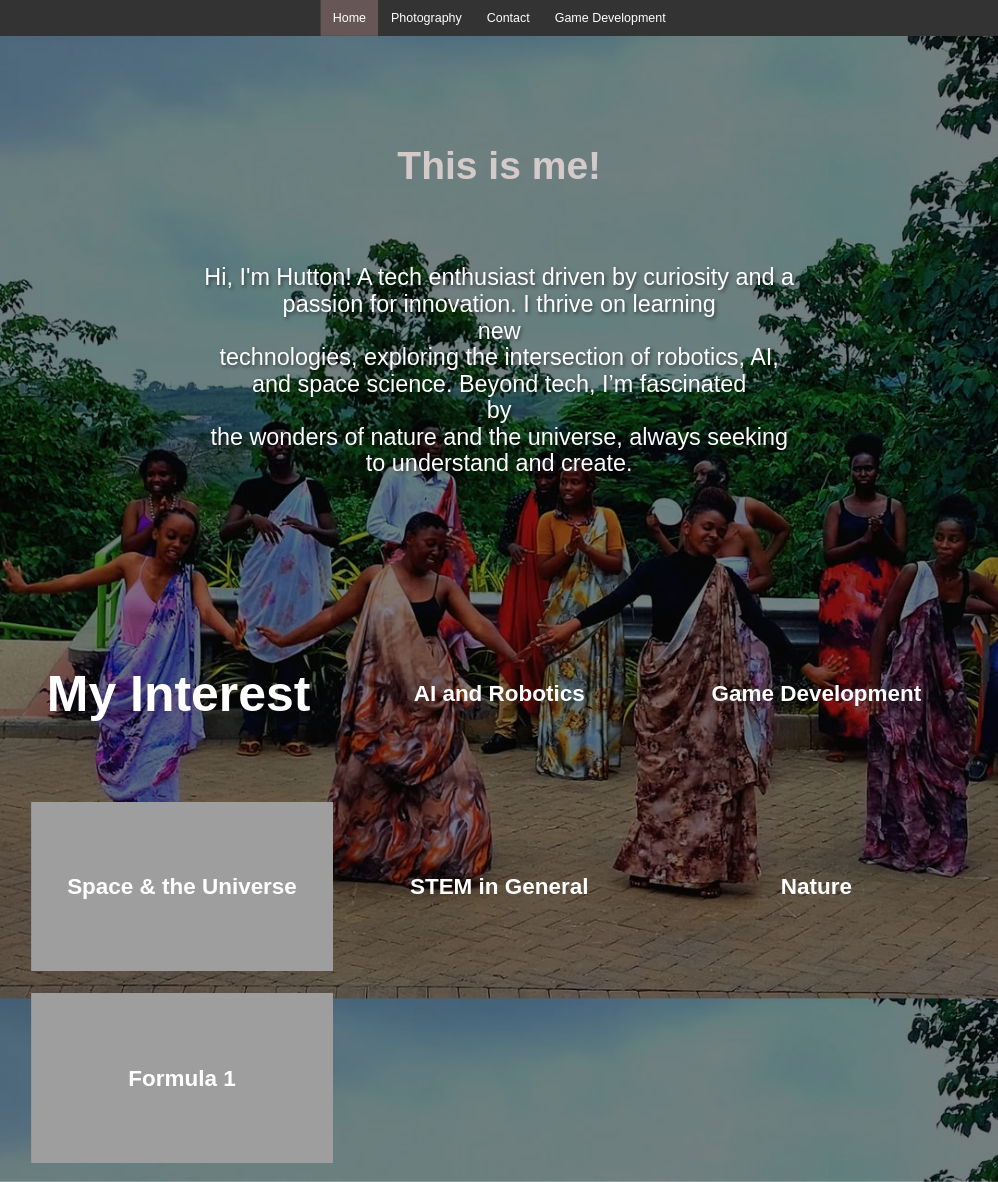
Repository: Argivist/ArgPortfolio
Page: index.html
These files come from the project's save history. The page is drawn as it stood at one moment and after the next save; the edit follows.
The browser window is 1280 px wide. The pictures show the whole page, at 78% of full size.
Pictures or frames that could not be fetched are drawn as grey boxes. Backgrounds fixed to the window are drawn as part of the page.

Above is the page before, as saved 2025-03-28 20:19:05.

### index.html
<!DOCTYPE html>
<html lang="en">

<head>
    <meta charset="UTF-8">
    <meta name="viewport" content="width=device-width, initial-scale=1.0">
    <link rel="stylesheet" href="css/styles.css">
    <link rel="stylesheet" href="css/nav.css">
    <link rel="stylesheet" href="css/home.css">

    <title>Hutton Amison-Addy</title>

    <style>
        body {
            background-color: #f0f0f0;
            font-family: 'Arial', sans-serif;
        }
    </style>
</head>

<body>
    <nav>
        <ul>
            <li class="nav-content active active-text"><a href="index.html">Home</a></li>
            <li class="nav-content"><a href="https://www.instagram.com/theworldinoneseye/">Photography</a></li>

            <li class="dropdown nav-content">
                <a href="contact.html">Contact</a>
                <ul class="dropdown-content">
                    <li><a href="https://www.linkedin.com/in/hutton-amison-addy-7b1b3b1b1/">LinkedIn</a></li>
                    <li><a href="https://www.github.com/Argivist">GitHub</a></li>
                    <li><a href="mailto:hutton.amison@ashesi.edu.gh">hutton.amison@ashesi.edu.gh</a></li>
                    <li><a href="mailto:huttonaaddy.public@gmail.com">huttonaaddy.public@gmail.com</a></li>
                </ul>
            </li>

            <li class="dropdown nav-content">
                <a href="#">Game Development</a>
                <ul class="dropdown-content">
                    <li><a href="game/index.html">Game Development Projects</a></li>
                    <li><a href="blender/index.html">Blender</a></li>
                </ul>
            </li>
        </ul>
    </nav>
    <div class="padding">
    </div>
    <div class="overlay">

        <div class="thisisme section">
            <h1>This is me!</h1>
            <p class="desc">
                Hi, I'm Hutton! A tech enthusiast driven by curiosity and a passion for innovation. I thrive on learning
                new
                technologies, exploring the intersection of robotics, AI, and space science. Beyond tech, I’m fascinated
                by
                the wonders of nature and the universe, always seeking to understand and create.
            </p>
        </div>

        <div class="interests section">
            <h2 class="mi">My Interest</h2>

            <div class="interest robotics">
              <div class="intdesc">
                <h3>AI and Robotics</h3>
                <p>Currently learning about AI and Robotics; add more details here.</p>
              </div>
            </div>

            <div class="interest ai">
              <div class="intdesc">
                <h3>Game Development</h3>
                <p><!-- TODO: describe game dev passion --></p>
              </div>
            </div>

            <div class="interest space">
              <div class="intdesc">
                <h3>Space &amp; the Universe</h3>
                <p>Exploring the cosmos and beyond.</p>
              </div>
            </div>

            <div class="interest stem">
              <div class="intdesc">
                <h3>STEM in General</h3>
                <p>Passionate about all things science and technology.</p>
              </div>
            </div>

            <div class="interest nature">
              <div class="intdesc">
                <h3>Nature</h3>
                <p>Connecting with the natural world.</p>
              </div>
            </div>

            <div class="interest f1">
              <div class="intdesc">
                <h3>Formula 1</h3>
                <p>Lorem ipsum dolor sit amet, consectetur adipiscing elit, sed do eiusmod tempor incididunt ut labore et dolore magna aliqua.</p>
              </div>
            </div>
          </div>



    </div>

    </div>



</body>

</html>

### css/styles.css
body{
    height: 100%;
    margin: 0;
    padding: 0;
}

 p {
    white-space: pre-line; /* preserves newlines, but collapses extra spaces */
  }
  .overlay {
    /* position: fixed; */
    position: absolute;
    left: 0;
    width: 100%;
    /* height: 100%; */
    background-color: rgba(0, 0, 0, 0.5); /* Adjust opacity as needed */
    z-index: -1; /* Keeps it behind your content */
}

### css/nav.css
/* 1. Define default variables in :root */


/* NAV Content and Dropdown */
.nav-content {
    position: relative;
    display: inline-block;
}

.dropdown {
    position: relative; /* For proper absolute positioning of its child */
    display: inline-block;
}

.dropdown:hover .dropdown-content {
    display: block;
}

.dropdown-content {
    display: none;
    position: absolute; /* This makes it overlay other elements without affecting layout */
    background-color: var(--dropdown-bg);
    min-width: 160px;
    box-shadow: 0px 8px 16px 0px rgba(0,0,0,0.2);
    z-index: 1;
}

/* Nav Stylisation */
nav {
    background-color: var(--nav-bg);
    position: fixed;
    top: 0;
    left: 0;
    width: 100vw;
    z-index: 100;
    display: flex;
    justify-content: center;  /* Centers the nav content horizontally */
    align-items: center;      /* Vertically centers items */
    margin: 0;
    color: var(--nav-link-color);
}

/* Reserve space for the fixed navbar */
.padding {
    height: 35px;  /* Adjust this value to match your navbar's height */
    top: 0;
    left: 0;
    width: 100%;
    bottom: 0;
}

/* Nav List Styles */
nav ul {
    list-style-type: none;
    margin: 0;
    padding: 0;
    display: flex;
}

nav ul li {
    display: inline-block;
    margin: 0;
    text-align: center;
    /* If you want each <li> to match nav’s background: */
    background-color: var(--nav-bg);
}

/* Nav Links */
nav ul li a {
    display: block;
    color: var(--nav-link-color);
    text-align: center;
    padding: 14px 16px;
    text-decoration: none;
}

nav ul li a:hover {
    background-color: var(--nav-link-hover-bg);
    color: var(--nav-link-active-color);
}

/* Optional: Ensure dropdown list items take full width */
.dropdown ul li {
    width: 100%;
}

/* Active link styling */
.active {
    background-color: var(--active-bg);
    /* color: var(--nav-link-active-color); */
    text-decoration: none;
}
/* If .active is on the <li>, target the <a> inside */
.active-text{
    color: var(--nav-link-active-color);
}

### css/home.css
/* Custom Theme variables */
:root {
    --nav-bg: #333;
    --nav-link-color: #fff;
    --nav-link-hover-bg: #111;
    --dropdown-bg: #f9f9f9;
    --active-bg: #675656;
    --body-text-color: #f5c646;      /* General text color */
    --heading-text-color: #d4caca;   /* Headings, if desired */
    --interest-hover: #ffffff50;       /* Hover color for interest items */
}


h1 {
    color: var(--heading-text-color);
    font-size: 50px;
    text-align: center;
    /* text-shadow: 2px 2px 5px rgba(0, 0, 0, 0.5); */
}

/* p {

    color: var(--body-text-color);
    font-size: 30px;
    text-align: center;
    /* text-shadow: 2px 2px 5px rgba(0, 0, 0, 0.5); */
/*} */
.desc{
    color: var(--nav-link-color);
    font-size: 30px;
    text-align: center;
    text-shadow: 2px 2px 5px rgba(0, 0, 0, 0.5);
    /* large gap between left and right edges */
    margin-left: 20%;
    margin-right: 20%;
}

body {
    background-image:url('../img/home.jpeg');
    background-size:cover;    /* Ensures the image covers the whole screen */
    background-repeat: no-repeat;  /* Prevents tiling */
    background-position: center 15%;
    /* fixed bg */
    background-attachment: fixed;
    bottom: 0;
    /*  */
    /* background-position: center;   Centers the image */
}

/* Root variables for theme colors */
:root {
    --nav-link-color: #fff;
    --interest-hover-bg: rgba(255, 255, 255, 0.8);
    --interest-text-color: #333;
}


.section{
    display: flex;
    flex-direction: column;
    justify-content: center;
    align-items: center;
    height: 100vh;
}
.mi{
    padding: 20px;
    font-size: 4em;
    color: var(--nav-link-color);
}
/* Container for all interests */
.interests {
    display: grid;
    grid-template-columns: repeat(auto-fit, minmax(300px, 1fr));
    gap: 20px;
    max-width: 1200px;
    margin: 0 auto;
    padding: 20px;
}

/* Individual interest item */
.interest {
    position: relative;
    background-size: cover;
    background-position: center;
    aspect-ratio: 16 / 9; /* Adjusts height relative to width */
    overflow: hidden;
    cursor: pointer;
}

/* Background images for specific interests */
.f1 {
    background-image: url('https://corp.formula1.com/wp-content/uploads/2023/02/GettyImages-1240545798-scaled.jpg');
}
.space{
    background-image: url('https://scalar.chapman.edu/scalar/interior-space---a-visual-exploration-of-the-international-space-station-photographs-by-paolo-nespo/media/Endeavour%20dock%20ISS%20symmetric.jpg');
}

/* https://scalar.chapman.edu/scalar/interior-space---a-visual-exploration-of-the-international-space-station-photographs-by-paolo-nespo/media/Endeavour%20dock%20ISS%20symmetric.jpg */

/* Description container */
.intdesc {
    position: absolute;
    top: 0;
    left: 0;
    width: 100%;
    height: 100%;
    background-color: transparent;
    color: var(--nav-link-color);
    display: flex;
    flex-direction: column;
    justify-content: center;
    align-items: center;
    padding: 20px;
    box-sizing: border-box;
    transition: background-color 1s ease, color 1s ease;
}

/* Title styling */
.intdesc h3 {
    margin: 0;
    font-size: 1.8em;
    text-align: center;
}
.intdesc p{
    display: none;
    transition: display 1s ease;
}
.intdesc:hover p{
    display: block;
    transition: display 1s ease;
}

/* Description paragraph */



/* Hover effects */
.interest:hover .intdesc {
    background-color: var(--interest-hover-bg);
    color: var(--interest-text-color);
}
.interest:hover h3,p {
    color: white;
    transition: color 1s ease;
}

/* each casse */

.f1:hover .intdesc {
    background-color:rgba(255, 0, 0, 0.582);
}
.space:hover .intdesc {
    background-color:rgba(0, 0, 255, 0.582);
}


.interest:hover .intdesc i {
    opacity: 1;
}

After the next save:
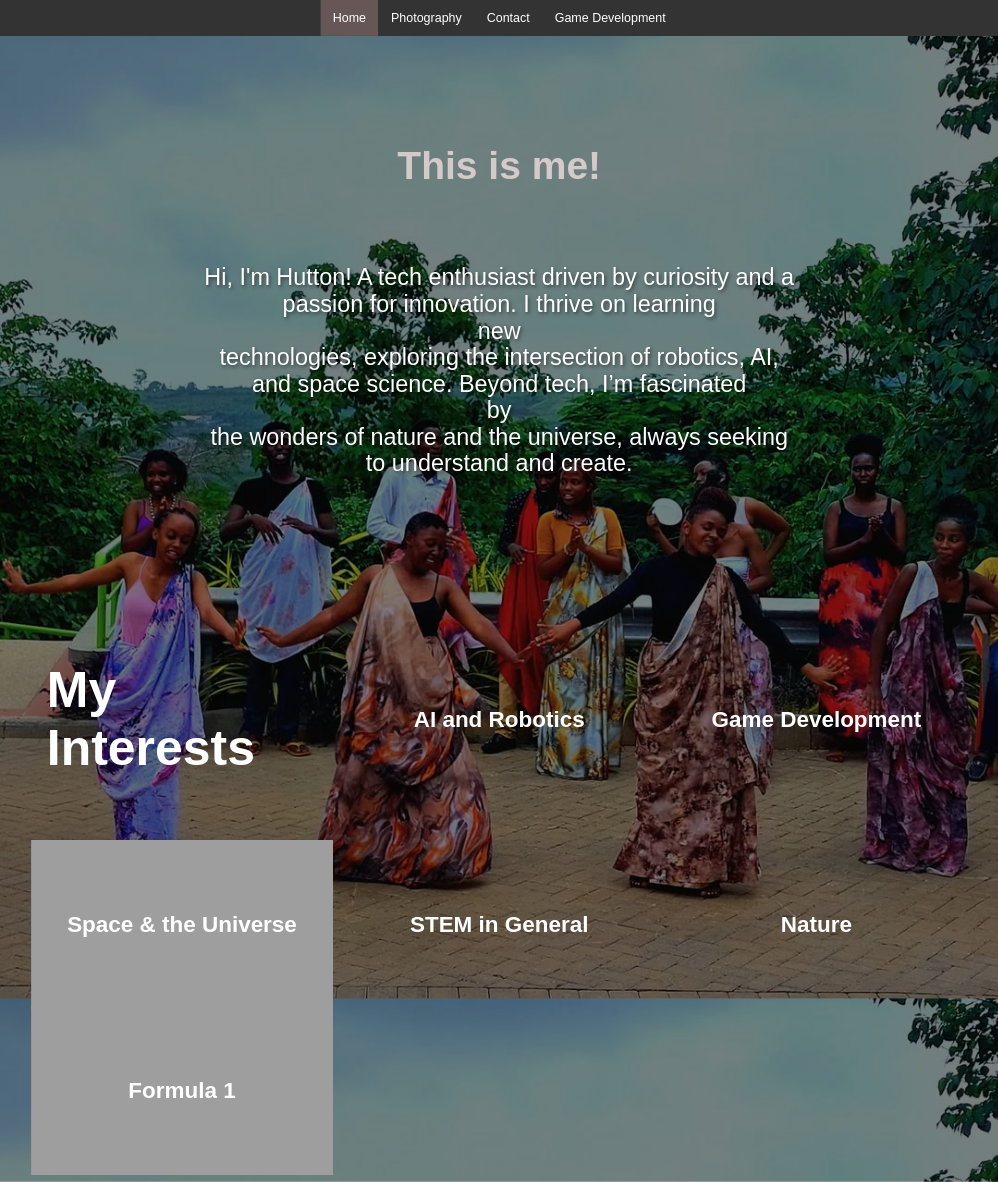
Saved 14 s later.
--- a/index.html
+++ b/index.html
@@ -59,7 +59,7 @@
         </div>
 
         <div class="interests section">
-            <h2 class="mi">My Interest</h2>
+            <h2 class="mi">My Interests</h2>
 
             <div class="interest robotics">
               <div class="intdesc">
